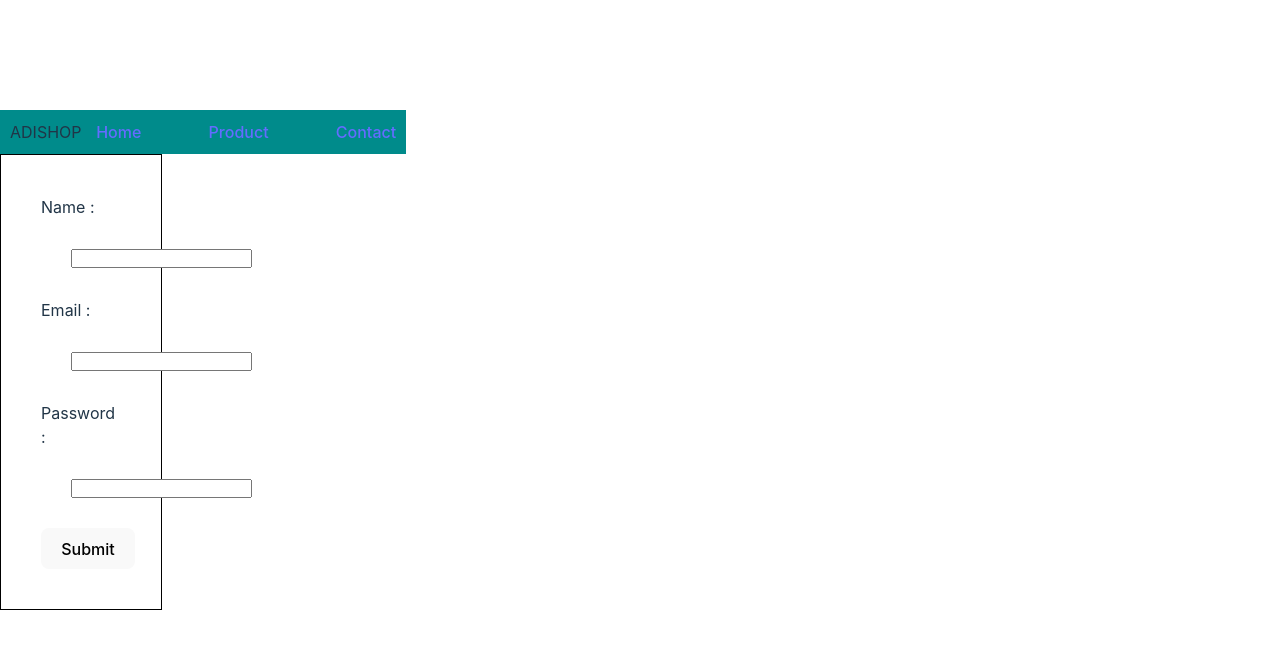
Repository: Aditya0377/React-ecommercewebsite
Page: /contact (app in ecommerce/)
The author's editor kept a copy of each file at every save. The page is drawn from the files as they stood at one save, then again after the next save.
The browser window is 1280 px wide. The pictures show the whole page.
The project was rebuilt for these pictures with package versions that can differ from the ones it lists, and the page was loaded fresh each time. Also part of the build but not shown: ecommerce/vite.config.js, ecommerce/src/components/Home.jsx, ecommerce/src/components/Product.css, ecommerce/src/components/Product.jsx, ecommerce/src/components/Login.css, ecommerce/src/components/Login.jsx.

Above is the page before, as saved 2025-01-21 16:32:11.

### ecommerce/src/main.jsx
import { BrowserRouter } from 'react-router-dom'
import { createRoot } from 'react-dom/client'
import './index.css'
import App from './App.jsx'

createRoot(document.getElementById('root')).render(
  <BrowserRouter>
    <App />
  </BrowserRouter>


)

### ecommerce/src/App.jsx
import React from 'react'
import Header from './components/Header'
import { Routes, Route } from 'react-router-dom'
import Home from './components/Home'
import Product from './components/Product'
import Contact from './components/Contact'
import Login from './components/Login'

const App = () => {
  return (
    <div>
      <Header />
      <Routes>
        <Route path='/' element={<Home />} />
        <Route path='/product' element={<Product />} />
        <Route path='/contact' element={<Contact />} />
        <Route path='/login' element={<Login />} />


      </Routes>
    </div>
  )
}

export default App

### ecommerce/src/components/Header.jsx
import React from 'react'
import "./Header.css"
import { Link } from "react-router-dom"
const Header = () => {
    return (
        <div className='nav'>
            <div className="logo">ADISHOP</div>
            <div className="menu">
                <ul>
                    <li>
                        <Link to='/'>Home</Link>
                    </li>
                    <li>
                        <Link to='/product'>Product</Link>
                    </li>
                    <li>
                        <Link to='/contact'>Contact</Link>

                    </li>
                </ul>
            </div>
        </div>
    )
}

export default Header

### ecommerce/src/components/Contact.jsx
import React, { useState } from 'react'
import "./Contact.css"
import { useNavigate } from 'react-router-dom'
import axios from 'axios'
const Contact = () => {
    const [name, setName] = useState("");
    const [email, setEmail] = useState("");
    const [password, setPassword] = useState("");


    let nav = useNavigate();
    const formsubmit = (e) => {
        e.preventDefault();
        axios.post('http://localhost:3000/', {
            name: name,
            email: email,
            password: password,

        }).then((data) => console.log(data))
        // nav('/login')
        console.log("hello")
    }

    return (
        <div className='paradiv'>
            <form className='contact' onSubmit={formsubmit}>
                <label>Name :</label>
                <input type='text' onChange={(e) => setName(e.target.value)} /><br />
                <label>Email :</label>
                <input type='email' onChange={(e) => setEmail(e.target.value)} /><br />
                <label>Password :</label>
                <input type='password' onChange={(e) => setPassword(e.target.value)} /><br />
                <button >Submit</button><br />

            </form>
        </div >
    )
}

export default Contact

### ecommerce/src/components/Header.css
*{
    box-sizing: border-box;
    margin: 0px;
    padding: 0px;
}

.nav{
    padding:10px;
    display: flex;
    justify-content: space-between;
    align-items: center;
    background-color: darkcyan;
}
.menu ul {
    list-style: none;
    display: flex;
    width: 300px;
    justify-content: space-between;
}

### ecommerce/src/components/Contact.css
.contact{
    padding: 40px;
border:1px solid black;
width : 40%;

}
.contact input{
    margin:30px;

}

Loaded but not shown: ecommerce/index.html (common file); ecommerce/src/index.css (common file); ecommerce/src/components/Home.css (no stored copy; drawn as an empty file)

After the next save:
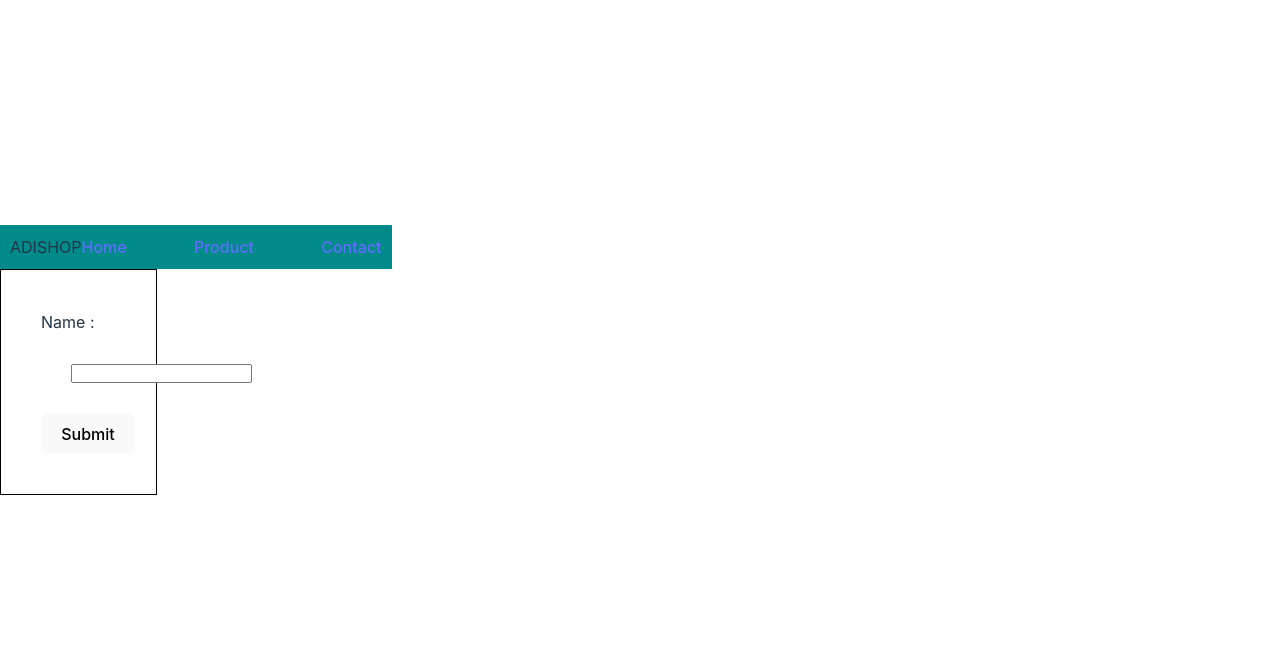
Saved 119 s later.
--- a/ecommerce/src/components/Contact.jsx
+++ b/ecommerce/src/components/Contact.jsx
@@ -26,10 +26,10 @@ const Contact = () => {
             <form className='contact' onSubmit={formsubmit}>
                 <label>Name :</label>
                 <input type='text' onChange={(e) => setName(e.target.value)} /><br />
-                <label>Email :</label>
+                {/* <label>Email :</label>
                 <input type='email' onChange={(e) => setEmail(e.target.value)} /><br />
                 <label>Password :</label>
-                <input type='password' onChange={(e) => setPassword(e.target.value)} /><br />
+                <input type='password' onChange={(e) => setPassword(e.target.value)} /><br /> */}
                 <button >Submit</button><br />
 
             </form>
